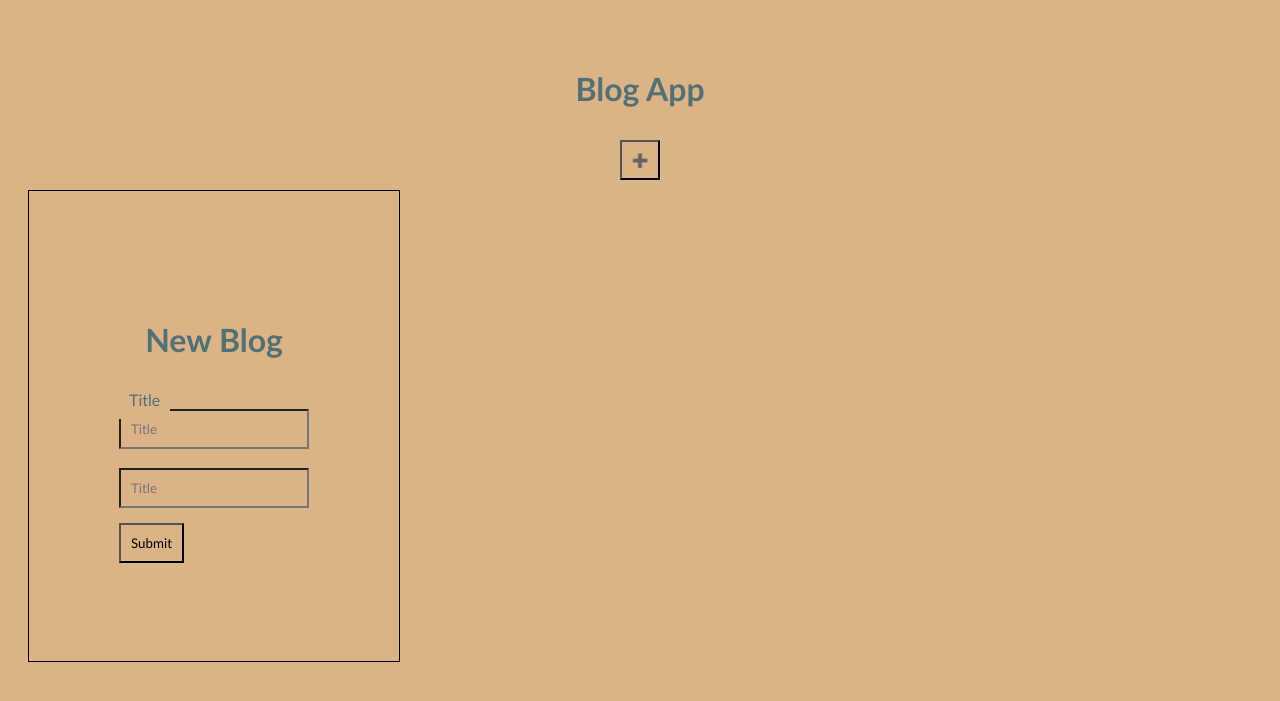
Repository: punitbathija/Placement-Assitance-iNeuron
Page: blogApp/index.html
The author's editor kept a copy of each file at every save. The page is drawn from the files as they stood at one save, then again after the next save.
The browser window is 1280 px wide. The pictures show the whole page.

Above is the page before, as saved 2023-05-31 15:22:38.

After the next save:
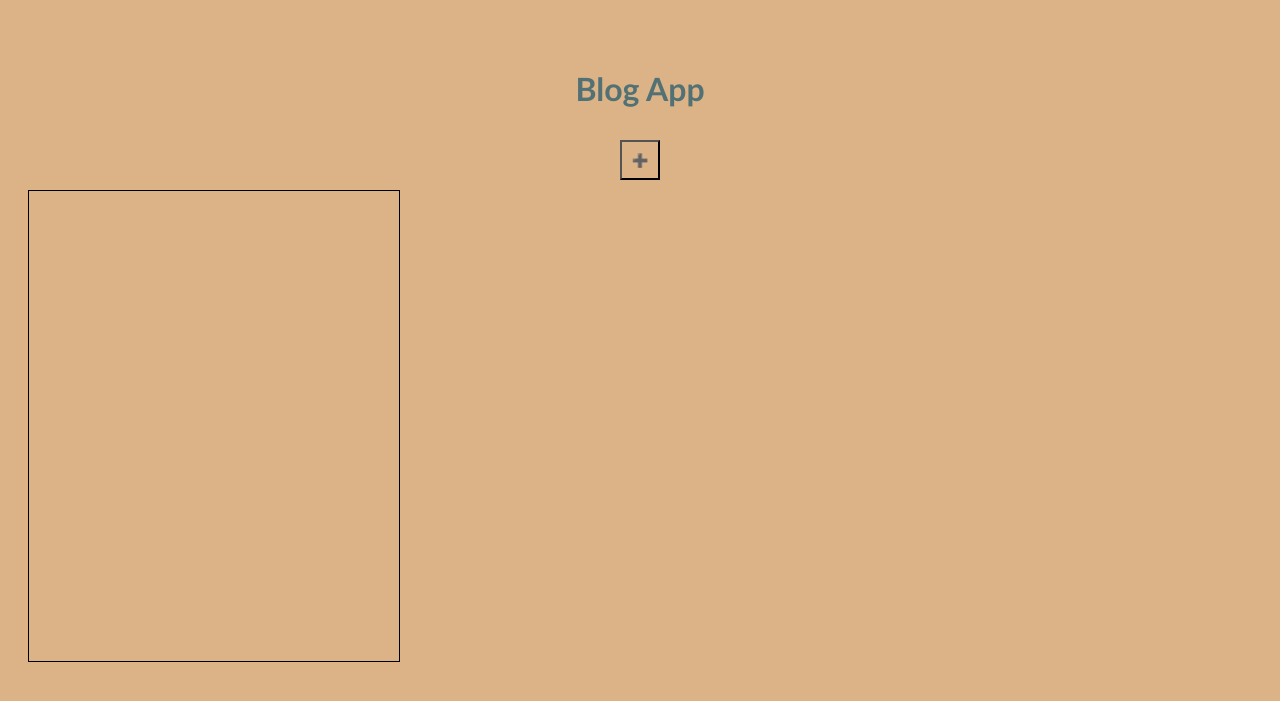
Saved 7 s later.
--- a/blogApp/index.html
+++ b/blogApp/index.html
@@ -14,7 +14,7 @@
       <button class="add">➕</button>
     </div>
     <div class="form">
-      <form>
+      <form hidden>
         <h1>New Blog</h1>
         <label for="Title">Title</label>
         <input type="text" id="title" placeholder="Title" required />

After the save that followed:
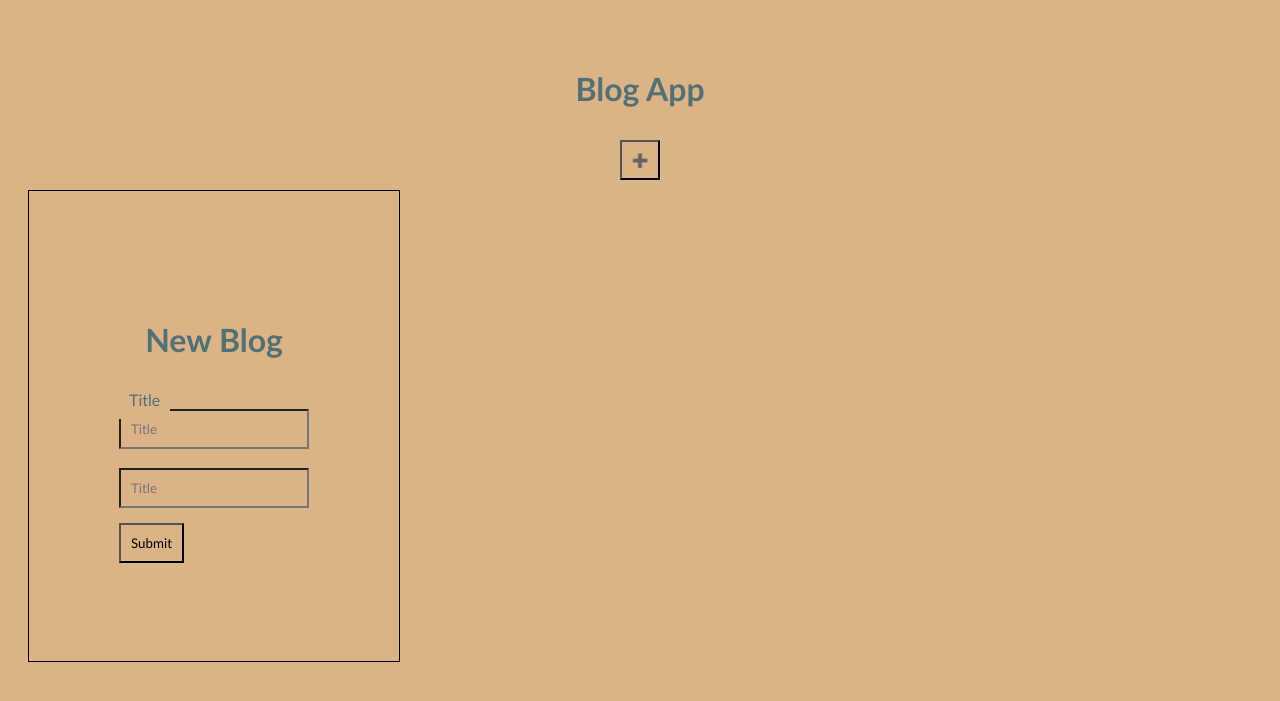
Saved 8 s later.
--- a/blogApp/index.html
+++ b/blogApp/index.html
@@ -13,8 +13,8 @@
       <h1>Blog App</h1>
       <button class="add">➕</button>
     </div>
-    <div class="form">
-      <form hidden>
+    <div class="form" hidden>
+      <form>
         <h1>New Blog</h1>
         <label for="Title">Title</label>
         <input type="text" id="title" placeholder="Title" required />
